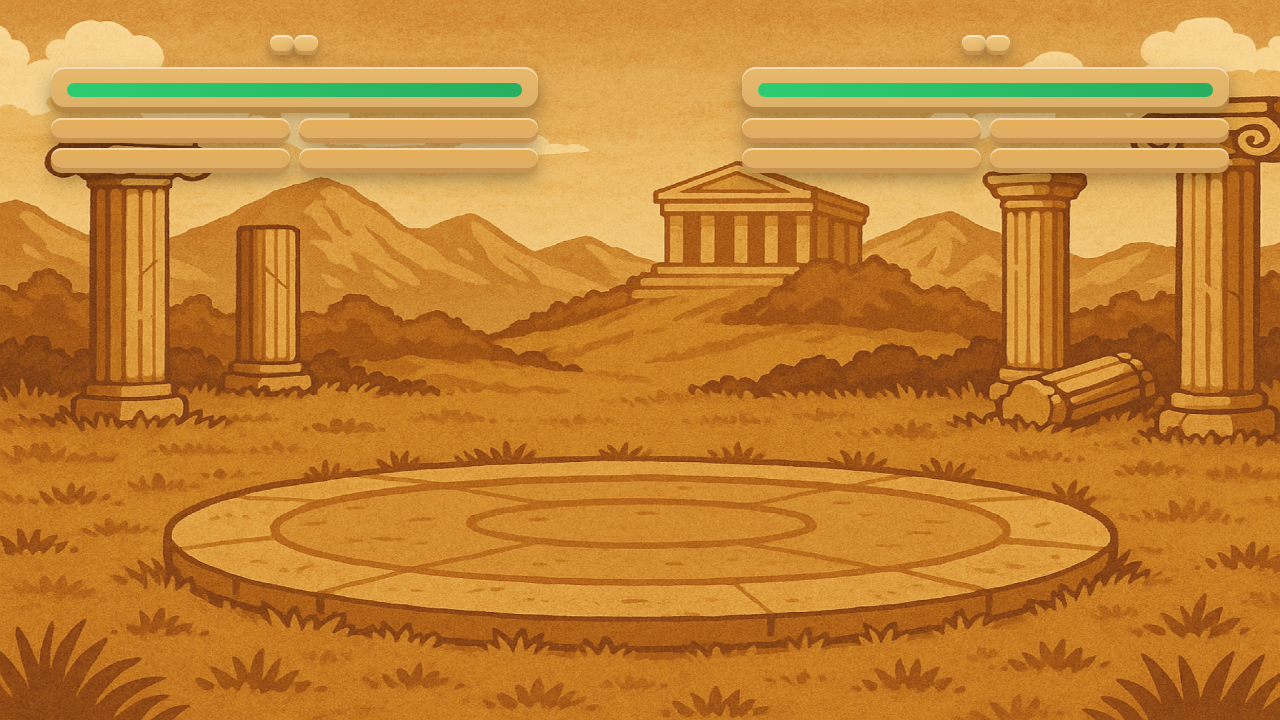
Repository: brianabariteau/Web-1-Final-Project-2025
Page: features/game/game.html
These files come from the project's save history. The page is drawn as it stood at one moment and after the next save; the edit follows.
The browser window is 1280 px wide. The pictures show the whole page.
Some web fonts or font styles are not loaded; a fallback is used.

Above is the page before, as saved 2025-12-23 18:29:47.

### features/game/game.html
<!DOCTYPE html>
<html lang="en">
  <head>
    <meta charset="UTF-8" />
    <meta name="viewport" content="width=device-width, initial-scale=1.0" />
    <title>MythoBattle Game</title>
    <link
      rel="icon"
      type="image/x-icon"
      href="../../assets/characters/zeus.png"
    />
    <script type="module" defer src="./game.js"></script>
    <link rel="stylesheet" href="./game.css" />
    <script
      src="https://code.jquery.com/jquery-3.7.1.min.js"
      integrity="sha256-/JqT3SQfawRcv/BIHPThkBvs0OEvtFFmqPF/lYI/Cxo="
      crossorigin="anonymous"
    ></script>
    <link
      href="https://fonts.googleapis.com/css2?family=Jersey+25&display=swap"
      rel="stylesheet"
    />
  </head>
  <body></body>
</html>

### features/game/game.js
"use strict";

import { CHARACTER_MOVES } from "../../constants/character-movesets.js";
let mode = localStorage.getItem("mode");
let player1Character = JSON.parse(localStorage.getItem("player1Character"));
let player2Character = JSON.parse(localStorage.getItem("player2Character"));

// * Functions
function renderCharacterHealth(character) {
  return `
    <div class="character">
      <div class="inner-character">
        <h1>${character.name}</h1> NAME
        <h2>${character.hp}</h2> HEALTH
      </div>
    </div>
  `;
}

function renderCharacterAbilities(character) {
  return `
    <div class="character">
      <div class="inner-character">
        <p>${CHARACTER_MOVES[character.name].ability1name}</p> ABILITY 1
        <p>${CHARACTER_MOVES[character.name].ability2name}</p> ABILITY 2
      </div>
    </div>
  `;
}

function updateGameDisplay() {
  if (!Array.isArray(characters) || characters.length === 0) return;

  // ? Player 1
  player1Name.text(player1Name.name);
  player1Move1.text(CHARACTER_MOVES[player1Name].move1name);
  player1Move2.text(CHARACTER_MOVES[player1Name].move2name);
  player1Move3.text(CHARACTER_MOVES[player1Name].move3name);
  player1Move4.text(CHARACTER_MOVES[player1Name].move4name);
  player1ability1.text(CHARACTER_MOVES[player1Name].ability1name);
  player1ability2.text(CHARACTER_MOVES[player1Name].ability2name);

  // ? Player 2
  player2Name.text(player2Name.name);
  player2Move1.text(CHARACTER_MOVES[player2Name].move1name);
  player2Move2.text(CHARACTER_MOVES[player2Name].move2name);
  player2Move3.text(CHARACTER_MOVES[player2Name].move3name);
  player2Move4.text(CHARACTER_MOVES[player2Name].move4name);
  player2ability1.text(CHARACTER_MOVES[player2Name].ability1name);
  player2ability2.text(CHARACTER_MOVES[player2Name].ability2name);
}

async function loadCharacters() {
  characters.push(player1Character, player2Character);
  updateGameDisplay();
}

// * The Background Image
const background = $("<img>")
  .addClass("background")
  .attr("src", "./assets/battle-background.png")
  .attr("alt", "Background");

// * Player 1
// ? Character Icon
const player1Icon = $("<img>").addClass("player1-icon");

// ! Battle Buttons + Progress
const player1battle = $("<div>").addClass("player1-battle");

// ? Name + Healthbar
const player1Name = $("<div>").addClass("player1-name");
const player1Health = $("<div>").addClass("player1-health");

$(player1Name).append(player1Health);

// ? Movesets
const player1Moves = $("<div>").addClass("player1-moves");
const player1Move1 = $("<button>").addClass("moves");
const player1Move2 = $("<button>").addClass("moves");
const player1Move3 = $("<button>").addClass("moves");
const player1Move4 = $("<button>").addClass("moves");

$(player1Moves).append(player1Move1, player1Move2, player1Move3, player1Move4);

// ? Abilities
const player1Abilities = $("<div>").addClass("player1-abilities");
const player1ability1 = $("<button>").addClass("player1-ability1");
const player1ability2 = $("<button>").addClass("player1-ability2");
$(player1Abilities).append(player1ability1, player1ability2);

$(player1battle).append(player1Abilities, player1Name, player1Moves);

// * Player 2
// ? Character Icon
const player2Icon = $("<img>").addClass("player-2-icon");

// ! Battle Buttons + Progress
const player2battle = $("<div>").addClass("player2-battle");

// ? Name + Healthbar
const player2Name = $("<div>").addClass("player2-name");
const player2Health = $("<div>").addClass("player2-health");

$(player2Name).append(player2Health);

// ? Movesets
const player2Moves = $("<div>").addClass("player1-moves");
const player2Move1 = $("<button>").addClass("moves");
const player2Move2 = $("<button>").addClass("moves");
const player2Move3 = $("<button>").addClass("moves");
const player2Move4 = $("<button>").addClass("moves");

$(player2Moves).append(player2Move1, player2Move2, player2Move3, player2Move4);

// ? Abilities
const player2Abilities = $("<div>").addClass("player2-abilities");
const player2ability1 = $("<button>").addClass("player2-ability1");
const player2ability2 = $("<button>").addClass("player2-ability2");
$(player2Abilities).append(player2ability1, player2ability2);

$(player2battle).append(player2Abilities, player2Name, player2Moves);

$("body").append(
  background,
  player1Icon,
  player2Icon,
  player1battle,
  player2battle
);

### features/game/game.css
/* ───────────── BASE ───────────── */

body {
  margin: 0;
  width: 100vw;
  height: 100vh;
  overflow: hidden;

  font-family: "Jersey 25", sans-serif;

  display: grid;
  grid-template-columns: 1fr 1fr;
  grid-template-rows: auto 1fr auto;
  align-items: center;
  justify-items: center;
}

/* ───────────── BACKGROUND ───────────── */

.background {
  position: fixed;
  inset: 0;
  width: 100%;
  height: 100%;
  z-index: -1;
}

/* ───────────── PLAYER SPRITES ───────────── */

.player1-icon,
.player-2-icon {
  position: absolute;
  bottom: 18%;
  width: 120px;
  image-rendering: pixelated;
}

.player1-icon {
  left: 20%;
}

.player-2-icon {
  right: 20%;
}

/* ───────────── BATTLE PANELS ───────────── */

.player1-battle,
.player2-battle {
  position: absolute;
  top: 4%;
  width: 38%;

  display: grid;
  grid-template-rows: auto auto auto;
  row-gap: 0.7rem;

  align-items: center;
}

.player1-battle {
  left: 4%;
}

.player2-battle {
  right: 4%;
}

/* ───────────── NAME + HEALTH ───────────── */

.player1-name,
.player2-name {
  background: linear-gradient(to bottom, #e8b96b, #ddb16a);
  border-radius: 14px;
  padding: 10px 16px;

  box-shadow: inset 0 2px 0 rgba(255, 255, 255, 0.5), 0 6px 0 #b88945,
    0 10px 20px rgba(0, 0, 0, 0.35);

  color: #6b3f18;
  text-shadow: 1px 1px #f3d8a8;

  font-size: 1.6rem;
  letter-spacing: 2px;
}

/* Health bar container */
.player1-health,
.player2-health {
  margin-top: 6px;
  height: 14px;
  border-radius: 10px;
  background: #4b2d12;
  overflow: hidden;
}

/* Actual HP fill */
.player1-health::after,
.player2-health::after {
  content: "";
  display: block;
  height: 100%;
  width: 100%; /* change dynamically in JS later */
  background: linear-gradient(to right, #2ecc71, #27ae60);
}

/* ───────────── MOVES GRID ───────────── */

.player1-moves,
.player2-moves {
  display: grid;
  grid-template-columns: 1fr 1fr;
  gap: 0.6rem;
}

/* Ability buttons */
.moves {
  background: linear-gradient(to bottom, #e7b058, #dead68);
  border: none;
  border-radius: 14px;

  padding: 10px 14px;
  font-size: 1.2rem;
  letter-spacing: 1px;
  color: #6b3f18;
  text-shadow: 1px 1px #f3d8a8;

  cursor: pointer;

  box-shadow: inset 0 2px 0 rgba(255, 255, 255, 0.5), 0 5px 0 #c89451,
    0 10px 18px rgba(0, 0, 0, 0.35);

  transition: transform 0.12s ease, box-shadow 0.12s ease;
}

.moves:hover {
  filter: brightness(1.05);
  box-shadow: inset 0 2px 0 rgba(255, 255, 255, 0.6), 0 5px 0 #c89451,
    0 0 12px rgba(255, 210, 130, 0.7);
}

.moves:active {
  transform: translateY(4px);
  box-shadow: inset 0 2px 0 rgba(255, 255, 255, 0.4), 0 2px 0 #c89451;
}

/* ───────────── ABILITY BUTTONS ───────────── */

.player1-abilities button,
.player2-abilities button {
  flex: 1;

  background: linear-gradient(to bottom, #f2c980, #e3b567);
  border: none;
  border-radius: 14px;

  padding: 8px 12px;

  font-family: "Jersey 25", sans-serif;
  font-size: 1.05rem;
  letter-spacing: 1px;

  color: #6b3f18;
  text-shadow: 1px 1px #f3d8a8;

  cursor: default; /* abilities usually passive */
  white-space: nowrap;

  box-shadow: inset 0 2px 0 rgba(255, 255, 255, 0.5), 0 4px 0 #c89451,
    0 8px 14px rgba(0, 0, 0, 0.35);

  transition: filter 0.15s ease, transform 0.15s ease;
}

/* Optional: subtle emphasis */
.player1-abilities button:hover,
.player2-abilities button:hover {
  filter: brightness(1.05);
}

/* Optional: disabled/passive look */
.player1-abilities button:disabled,
.player2-abilities button:disabled {
  opacity: 0.85;
}

.player1-abilities,
.player2-abilities {
  margin-bottom: 0.3rem;
  grid-row: 1;
  justify-self: center;
}

.ability-active {
  box-shadow: inset 0 2px 0 rgba(255, 255, 255, 0.6),
    0 0 14px rgba(255, 215, 120, 0.9);
}

/* ───────────── MOBILE ADJUSTMENTS ───────────── */

@media (max-width: 900px) {
  .player1-battle,
  .player2-battle {
    width: 90%;
    left: 5%;
    right: 5%;
  }

  .player1-icon,
  .player-2-icon {
    width: 90px;
    bottom: 10%;
  }

  .player1-icon {
    left: 10%;
  }

  .player-2-icon {
    right: 10%;
  }
}

### constants/character-movesets.js
import { CUSTOM_STATS } from "./characters.js";

export const CHARACTER_MOVES = {
  Zeus: {
    move1name: "Thunderbolt Wrath",
    move2name: "Skybreaker Slam",
    move3name: "Stormcaller Command",
    move4name: "God of Thunder",
    move1effects() {},
    move2effects() {},
    move3effects() {},
    move4effects() {},
    ability1name: "Sky/Lightning",
    ability2name: "King's Wrath",
    ability1effect() {},
    ability2effect() {},
  },
};

### constants/characters.js
export const SPECIFIC_CHARACTERS = [
  "Zeus",
  "Athena",
  "Hestia",
  "Apollo",
  "Artemis",
  "Poseidon",
  "Hades",
  "Demeter",
  "Aphrodite",
  "Hera",
  "Dionysus",
  "Ares",
  "Hephaestus",
  "Persephone",
  "Hermes",
  "Nyx",
  "Hypnos",
  "Thanatos",
  "Morpheus",
  "Asclepius",
];

export const CUSTOM_SPRITES = {
  Zeus: "../../assets/characters/zeus.png",
  Athena: "../../assets/characters/athena.png",
  Hestia: "../../assets/characters/hestia.png",
  Apollo: "../../assets/characters/apollo.png",
  Artemis: "../../assets/characters/artemis.png",
  Poseidon: "../../assets/characters/poseidon.png",
  Hades: "../../assets/characters/hades.png",
  Demeter: "../../assets/characters/demeter.png",
  Aphrodite: "../../assets/characters/aphrodite.png",
  Hera: "../../assets/characters/hera.png",
  Dionysus: "../../assets/characters/dionysus.png",
  Ares: "../../assets/characters/ares.png",
  Hephaestus: "../../assets/characters/hephaestus.png",
  Persephone: "../../assets/characters/persephone.png",
  Hermes: "../../assets/characters/hermes.png",
  Nyx: "../../assets/characters/nyx.png",
  Hypnos: "../../assets/characters/hypnos.png",
  Thanatos: "../../assets/characters/thanatos.png",
  Morpheus: "../../assets/characters/morpheus.png",
  Asclepius: "../../assets/characters/asclepius.png",
};

export const CUSTOM_STATS = {
  Zeus: {
    tier: "Tier 1",
    tierName: "The Big Three",
    hp: 150,
    attack: 110,
    defense: 95,
    speed: 120,
    power: 150,
    resilience: 100,
    stamina: 110,
    domainMastery: "Sky/Lightning",
    masteryDesc: "+25% electric damage",
    specialTrait: "King's Wrath",
    traitDesc: "10% chance to smite enemy for bonus true damage",
  },
  Athena: {
    tier: "Tier 3",
    tierName: "Middle Olympians",
    hp: 140,
    attack: 100,
    defense: 120,
    speed: 105,
    power: 115,
    resilience: 130,
    stamina: 110,
    domainMastery: "Wisdom/Strategy",
    masteryDesc: "Team defense +10%",
    specialTrait: "Perfect Counter",
    traitDesc: "30% chance to auto-block melee attacks",
  },
  Hestia: {
    tier: "Tier 2",
    tierName: "Elder Olympians",
    hp: 140,
    attack: 80,
    defense: 120,
    speed: 85,
    power: 110,
    resilience: 130,
    stamina: 150,
    domainMastery: "Hearth Fire",
    masteryDesc: "Healing + burn damage boosts",
    specialTrait: "Warmth of Home",
    traitDesc: "Grants minor healing each turn to allies",
  },
  Apollo: {
    tier: "Tier 3",
    tierName: "Middle Olympians",
    hp: 130,
    attack: 95,
    defense: 80,
    speed: 125,
    power: 140,
    resilience: 90,
    stamina: 110,
    domainMastery: "Light/Music",
    masteryDesc: "+20% light damage",
    specialTrait: "Prophetic Strike",
    traitDesc: "First attack always crits",
  },
  Artemis: {
    tier: "Tier 3",
    tierName: "Middle Olympians",
    hp: 120,
    attack: 110,
    defense: 85,
    speed: 135,
    power: 105,
    resilience: 95,
    stamina: 115,
    domainMastery: "Moon/Hunt",
    masteryDesc: "+25% crit chance on moving targets",
    specialTrait: "Hunter's Mark",
    traitDesc: "First hit on any enemy does bonus damage",
  },
  Poseidon: {
    tier: "Tier 1",
    tierName: "The Big Three",
    hp: 160,
    attack: 115,
    defense: 110,
    speed: 100,
    power: 140,
    resilience: 120,
    stamina: 115,
    domainMastery: "Sea",
    masteryDesc: "+20% water damage, +30% damage when fighting near water",
    specialTrait: "Tidal Fury",
    traitDesc: "Consecutive attacks increase in damage",
  },
  Hades: {
    tier: "Tier 1",
    tierName: "The Big Three",
    hp: 170,
    attack: 95,
    defense: 140,
    speed: 80,
    power: 130,
    resilience: 150,
    stamina: 90,
    domainMastery: "Underworld",
    masteryDesc: "+30% damage vs undead/fear/sleep",
    specialTrait: "Soul Drain",
    traitDesc: "Steals HP on hit (5% of damage dealt)",
  },
  Demeter: {
    tier: "Tier 2",
    tierName: "Elder Olympians",
    hp: 145,
    attack: 85,
    defense: 115,
    speed: 80,
    power: 125,
    resilience: 110,
    stamina: 130,
    domainMastery: "Harvest",
    masteryDesc: "+20% regeneration, +25% poison resistance",
    specialTrait: "Fallow Curse",
    traitDesc: "Can reduce enemy Attack temporarily",
  },
  Aphrodite: {
    tier: "Tier 4",
    tierName: "Younger Olympians",
    hp: 120,
    attack: 70,
    defense: 80,
    speed: 110,
    power: 115,
    resilience: 85,
    stamina: 100,
    domainMastery: "Charm",
    masteryDesc: "25% chance enemies skip turn",
    specialTrait: "Irresistible Aura",
    traitDesc: "First strike against her does half damage",
  },
  Hera: {
    tier: "Tier 2",
    tierName: "Elder Olympians",
    hp: 150,
    attack: 90,
    defense: 120,
    speed: 90,
    power: 125,
    resilience: 120,
    stamina: 120,
    domainMastery: "Queenship",
    masteryDesc: "Team buffs stronger by 20%",
    specialTrait: "Divine Authority",
    traitDesc: "Immune to charm and can reflect debuffs",
  },
  Dionysus: {
    tier: "Tier 4",
    tierName: "Younger Olympians",
    hp: 130,
    attack: 85,
    defense: 85,
    speed: 95,
    power: 120,
    resilience: 90,
    stamina: 130,
    domainMastery: "Madness",
    masteryDesc: "Debuffs 20% stronger",
    specialTrait: "Ecstatic Frenzy",
    traitDesc: "Random buffs each turn",
  },
  Ares: {
    tier: "Tier 3",
    tierName: "Middle Olympians",
    hp: 150,
    attack: 145,
    defense: 100,
    speed: 110,
    power: 95,
    resilience: 100,
    stamina: 120,
    domainMastery: "War",
    masteryDesc: "+15% damage per hit taken",
    specialTrait: "Bloodlust",
    traitDesc: "Attack increases each time he deals damage",
  },
  Hephaestus: {
    tier: "Tier 4",
    tierName: "Younger Olympians",
    hp: 140,
    attack: 130,
    defense: 135,
    speed: 65,
    power: 115,
    resilience: 110,
    stamina: 100,
    domainMastery: "Forge",
    masteryDesc: "+20% damage with crafted weapons",
    specialTrait: "Molten Skin",
    traitDesc: "Reduces fire damage to 0",
  },
  Persephone: {
    tier: "Tier 5",
    tierName: "Minor Gods",
    hp: 125,
    attack: 75,
    defense: 90,
    speed: 95,
    power: 110,
    resilience: 100,
    stamina: 120,
    domainMastery: "Spring/Underworld",
    masteryDesc: "Alternating form bonuses",
    specialTrait: "Dual Aspect",
    traitDesc: "Stats change each season (Spring boost/Underworld boost)",
  },
  Hermes: {
    tier: "Tier 4",
    tierName: "Younger Olympians",
    hp: 115,
    attack: 90,
    defense: 75,
    speed: 160,
    power: 100,
    resilience: 80,
    stamina: 140,
    domainMastery: "Speed/Trickery",
    masteryDesc: "+20% dodge",
    specialTrait: "Swift Step",
    traitDesc: "Gains an extra small action each turn",
  },
  Nyx: {
    tier: "Tier 0",
    tierName: "Primordial",
    hp: 170,
    attack: 100,
    defense: 120,
    speed: 110,
    power: 160,
    resilience: 140,
    stamina: 120,
    domainMastery: "Night/Void",
    masteryDesc: "+30% shadow damage, +20% evasion in darkness",
    specialTrait: "Primordial Aura",
    traitDesc: "Debuffs have double duration; immune to Sleep and Fear",
  },
  Hypnos: {
    tier: "Tier 5",
    tierName: "Minor Gods",
    hp: 110,
    attack: 60,
    defense: 75,
    speed: 70,
    power: 120,
    resilience: 95,
    stamina: 130,
    domainMastery: "Sleep",
    masteryDesc: "+30% chance to inflict sleep",
    specialTrait: "Dream Veil",
    traitDesc: "20% damage reduction from melee",
  },
  Thanatos: {
    tier: "Tier 5",
    tierName: "Minor Gods",
    hp: 115,
    attack: 90,
    defense: 85,
    speed: 120,
    power: 100,
    resilience: 110,
    stamina: 100,
    domainMastery: "Death",
    masteryDesc: "Kills low-HP enemies instantly",
    specialTrait: "Reaper's Touch",
    traitDesc: "Critical hits do double true damage",
  },
  Morpheus: {
    tier: "Tier 5",
    tierName: "Minor Gods",
    hp: 105,
    attack: 70,
    defense: 80,
    speed: 100,
    power: 125,
    resilience: 85,
    stamina: 110,
    domainMastery: "Dreams",
    masteryDesc: "Illusions reduce enemy accuracy",
    specialTrait: "Shifting Form",
    traitDesc: "15% chance to avoid attacks entirely",
  },
  Asclepius: {
    tier: "Tier 5",
    tierName: "Minor Gods",
    hp: 120,
    attack: 50,
    defense: 85,
    speed: 90,
    power: 135,
    resilience: 110,
    stamina: 150,
    domainMastery: "Healing",
    masteryDesc: "+30% healing power",
    specialTrait: "Miracle Touch",
    traitDesc: "Once per battle revive ally to 30% HP",
  },
};

After the next save:
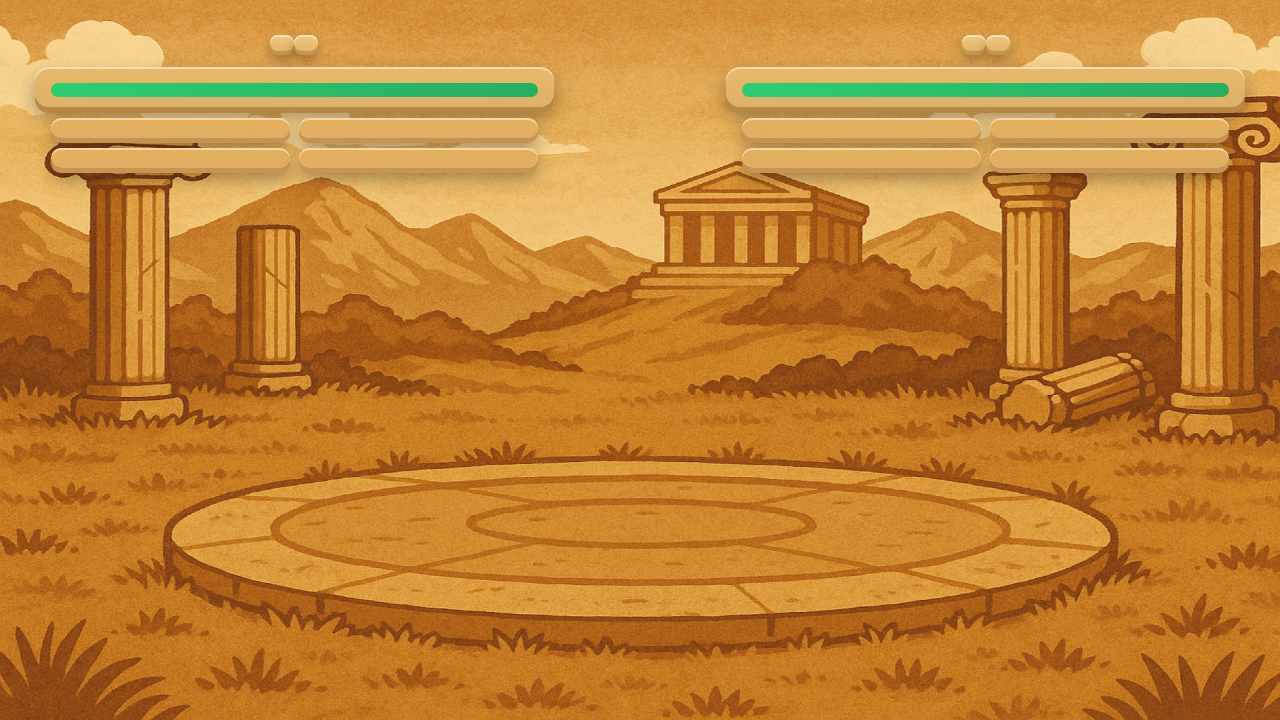
Saved 14 s later.
--- a/features/game/game.css
+++ b/features/game/game.css
@@ -73,6 +73,10 @@ body {
   background: linear-gradient(to bottom, #e8b96b, #ddb16a);
   border-radius: 14px;
   padding: 10px 16px;
+
+  grid-row: 2;
+  justify-self: center;
+  width: 100%;
 
   box-shadow: inset 0 2px 0 rgba(255, 255, 255, 0.5), 0 6px 0 #b88945,
     0 10px 20px rgba(0, 0, 0, 0.35);
